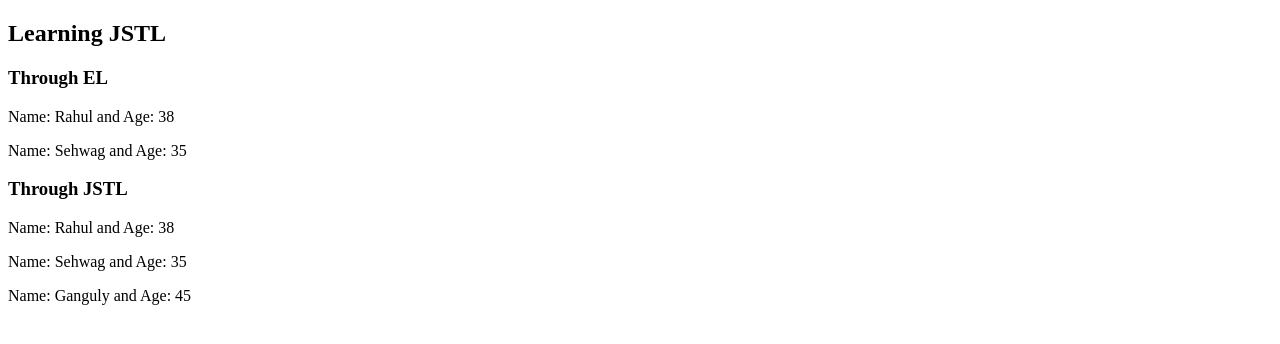
Repository: nikant20/Training
Page: http://localhost/javaee-jsp-demo/LearningJSTLServlet
These files come from the project's save history. The page is drawn as it stood at one moment and after the next save; the edit follows.
The browser window is 1280 px wide. The pictures show the whole page.
The page is served by Tomcat 9. Other server files are loaded and not shown.

Above is the page before, as saved 2018-09-20 11:39:12.

### javaee-jsp-demo/WebContent/jstldemo.jsp
<%@ page language="java" contentType="text/html; charset=ISO-8859-1"
    pageEncoding="ISO-8859-1"%>
<!DOCTYPE html>
<html>
<head>
<meta charset="ISO-8859-1">
<title>Insert title here</title>
</head>
<body>
	<h2>Learning JSTL</h2>
	<h3>Through EL</h3>
	<p>Name: ${allUsers[0].userName} and Age: ${allUsers[0].age}</p>
	<p>Name: ${allUsers[1].userName} and Age: ${allUsers[1].age}</p>
	<h3>Through JSTL</h3>
	<%@taglib uri="http://java.sun.com/jsp/jstl/core" prefix="core" %>

	<core:forEach var="u" items="${allUsers}">
		<p>Name: ${u.userName} and Age: ${u.age}</p>
	</core:forEach>
</body>
</html>

### javaee-jsp-demo/src/com/opteamix/beans/LearningJSTLServlet.java
package com.opteamix.beans;

import java.io.IOException;
import javax.servlet.ServletException;
import javax.servlet.annotation.WebServlet;
import javax.servlet.http.HttpServlet;
import javax.servlet.http.HttpServletRequest;
import javax.servlet.http.HttpServletResponse;
import javax.servlet.http.HttpSession;

@WebServlet("/LearningJSTLServlet")
public class LearningJSTLServlet extends HttpServlet {
	private static final long serialVersionUID = 1L;


	protected void doGet(HttpServletRequest request, HttpServletResponse response) throws ServletException, IOException {
		User user1 = new User("Rahul", 38);
		User user2 = new User("Sehwag",35);
		User user3 = new User("Ganguly", 45);

		User[] users = {user1,user2,user3};

		HttpSession session = request.getSession();
		session.setAttribute("allUsers", users);
		request.getRequestDispatcher("jstldemo.jsp").forward(request, response);


	}

}

### javaee-jsp-demo/src/com/opteamix/beans/User.java
package com.opteamix.beans;

public class User {

	private String userName;
	private int age;
	public User() {
		super();
	}
	public User(String userName, int age) {
		super();
		this.userName = userName;
		this.age = age;
	}
	public String getUserName() {
		return userName;
	}
	public void setUserName(String userName) {
		this.userName = userName;
	}
	public int getAge() {
		return age;
	}
	public void setAge(int age) {
		this.age = age;
	}
}

After the next save:
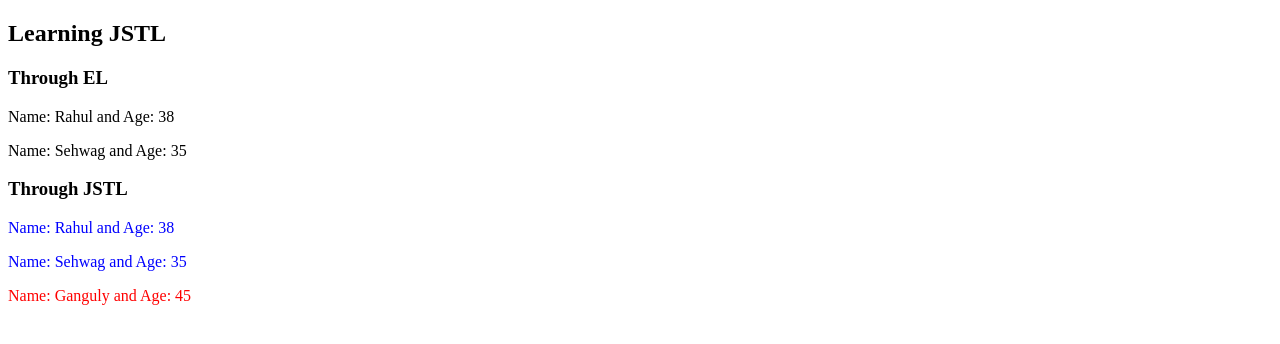
Saved 4 min 52 s later.
--- a/javaee-jsp-demo/WebContent/jstldemo.jsp
+++ b/javaee-jsp-demo/WebContent/jstldemo.jsp
@@ -15,7 +15,14 @@
 	<%@taglib uri="http://java.sun.com/jsp/jstl/core" prefix="core" %>
 
 	<core:forEach var="u" items="${allUsers}">
-		<p>Name: ${u.userName} and Age: ${u.age}</p>
+		<core:if test="${u.age > 40}">
+			<p style='color:red'>Name: ${u.userName} and Age: ${u.age}</p>
+		</core:if>
+
+		<core:if test="${u.age <= 40}">
+			<p style='color:blue'>Name: ${u.userName} and Age: ${u.age}</p>
+		</core:if>
+
 	</core:forEach>
 </body>
 </html>
